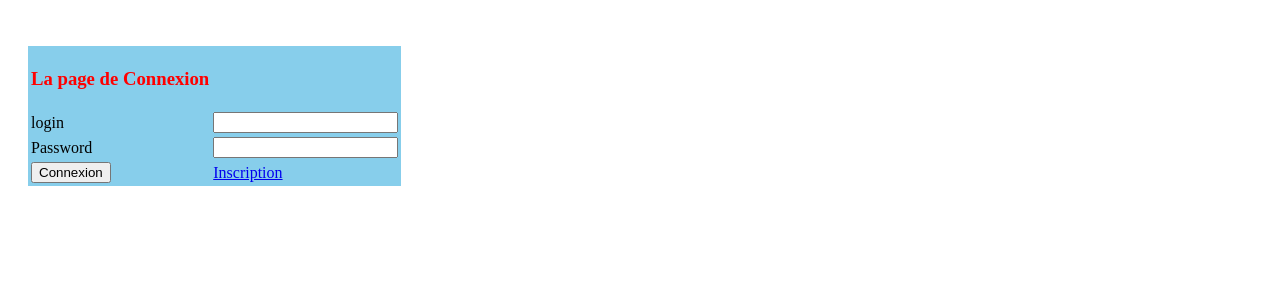
Repository: liilou13b/Atuthentification_Inscription_JEE-
Page: http://localhost/AuthentificationAvecBD/
The author's editor kept a copy of each file at every save. The page is drawn from the files as they stood at one save, then again after the next save.
The browser window is 1280 px wide. The pictures show the whole page.
The page is served by Tomcat 9. Other server files are loaded and not shown.

Above is the page before, as saved 2019-12-19 23:29:42.

### AuthentificationAvecBD/WebContent/login.jsp
<%@ page language="java" contentType="text/html; charset=ISO-8859-1"
    pageEncoding="ISO-8859-1"%>


<!DOCTYPE html>
<html>
	<head>
	<meta charset="ISO-8859-1">
	<title>la page de connexion</title>
	</head>
	<body>
		<form action="loginRegister">
			<table style="background-color: skyblue;margin-left: 20px;margin-top: 20px;">
				<tr><td> <h3 style="color: red;">La page de Connexion</h3> </td>  </tr>
				<tr> <td><label for="login">login</label></td>  <td> <input type="text" name="login" id ="login"> </td></tr>
				<tr> <td><label for="password">Password</label> </td>  <td> <input type="password" name="password" id="password"> </td> </tr>
				<tr> <td><input type="submit" value="Connexion"> </td> <td> <a href="register.jsp">Inscription</a> </td> </tr>
				<br>${message}
			</table>


		</form>
	</body>
</html>

After the next save:
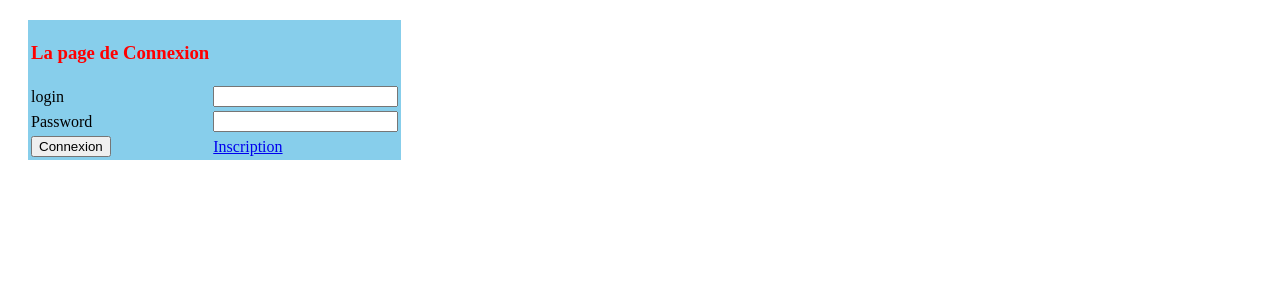
Saved 14 min 53 s later.
--- a/AuthentificationAvecBD/WebContent/login.jsp
+++ b/AuthentificationAvecBD/WebContent/login.jsp
@@ -9,16 +9,18 @@
 	<title>la page de connexion</title>
 	</head>
 	<body>
-		<form action="loginRegister">
+		<form action="login" method="post">
 			<table style="background-color: skyblue;margin-left: 20px;margin-top: 20px;">
 				<tr><td> <h3 style="color: red;">La page de Connexion</h3> </td>  </tr>
 				<tr> <td><label for="login">login</label></td>  <td> <input type="text" name="login" id ="login"> </td></tr>
 				<tr> <td><label for="password">Password</label> </td>  <td> <input type="password" name="password" id="password"> </td> </tr>
 				<tr> <td><input type="submit" value="Connexion"> </td> <td> <a href="register.jsp">Inscription</a> </td> </tr>
-				<br>${message}
+
 			</table>
 
 
 		</form>
+		<br>${message}
+
 	</body>
 </html>
